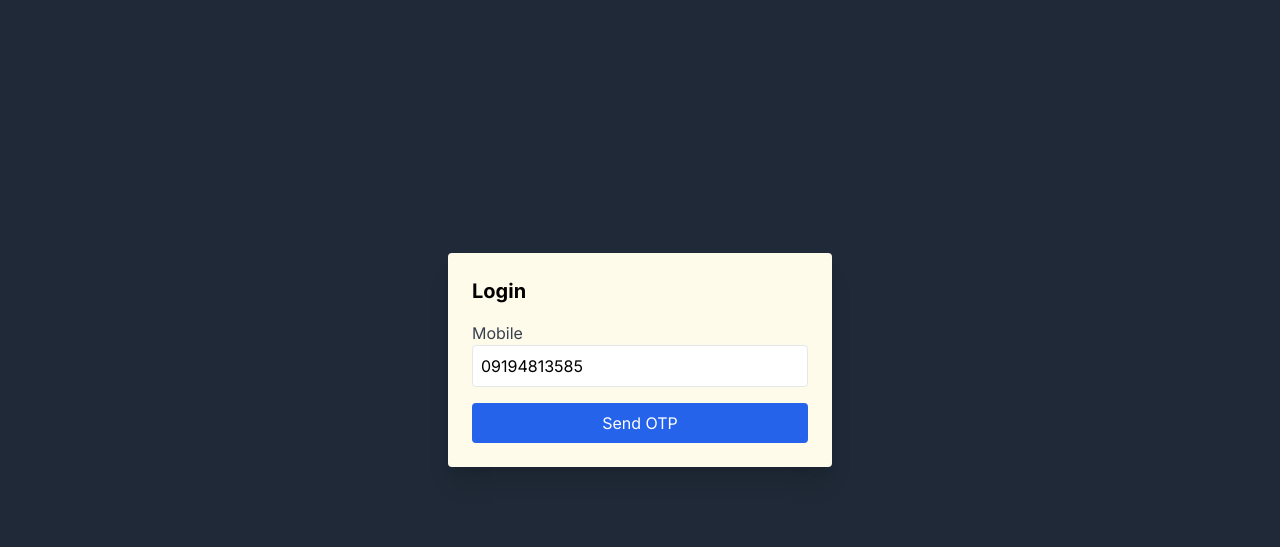
Repository: MaramMaryam/jedu
Page: /otp-login
An editor plug-in stored every save of this project. The page is shown before and after the next save, followed by the edit.
The browser window is 1280 px wide. The pictures show the whole page.
The project was rebuilt for these pictures with package versions that can differ from the ones it lists, and the page was loaded fresh each time. The framework's server and built-in components were replaced by stand-ins that run in the browser. Also part of the build but not shown: next.config.mjs.

Above is the page before, as saved 2024-09-01 13:30:27.

After the next save:
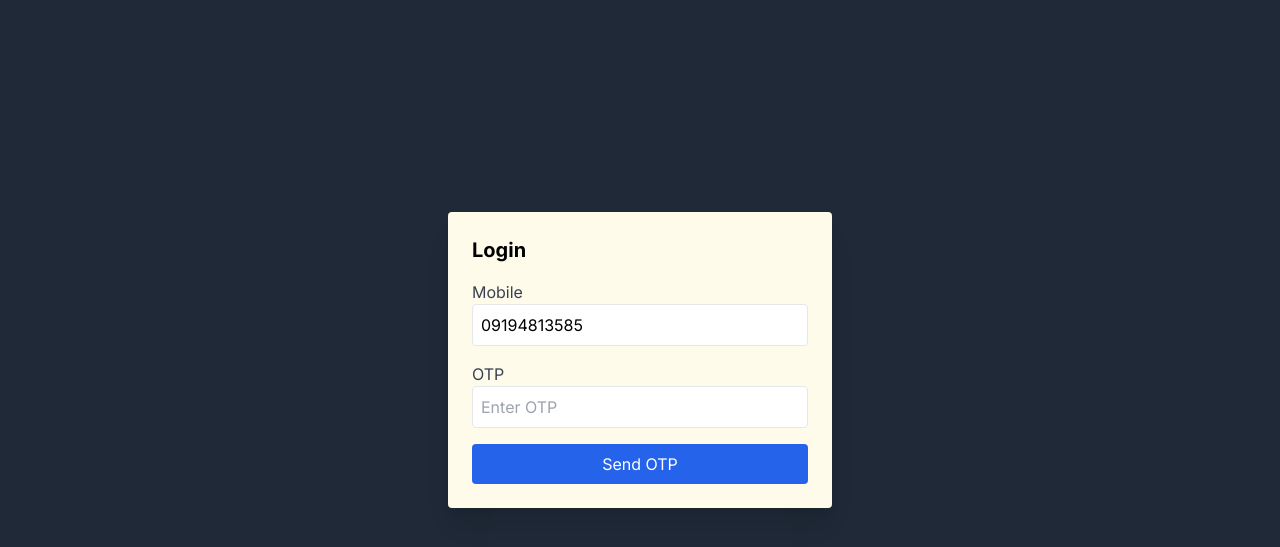
Saved 19 s later.
--- a/src/app/otp-login/page.tsx
+++ b/src/app/otp-login/page.tsx
@@ -116,7 +116,7 @@
               type="text"
               placeholder="Enter your Mobile"
             />
-            {otpSent && (
+            {!otpSent && (
               <>
                 <TextInputBox
                   label="OTP"

After the save that followed:
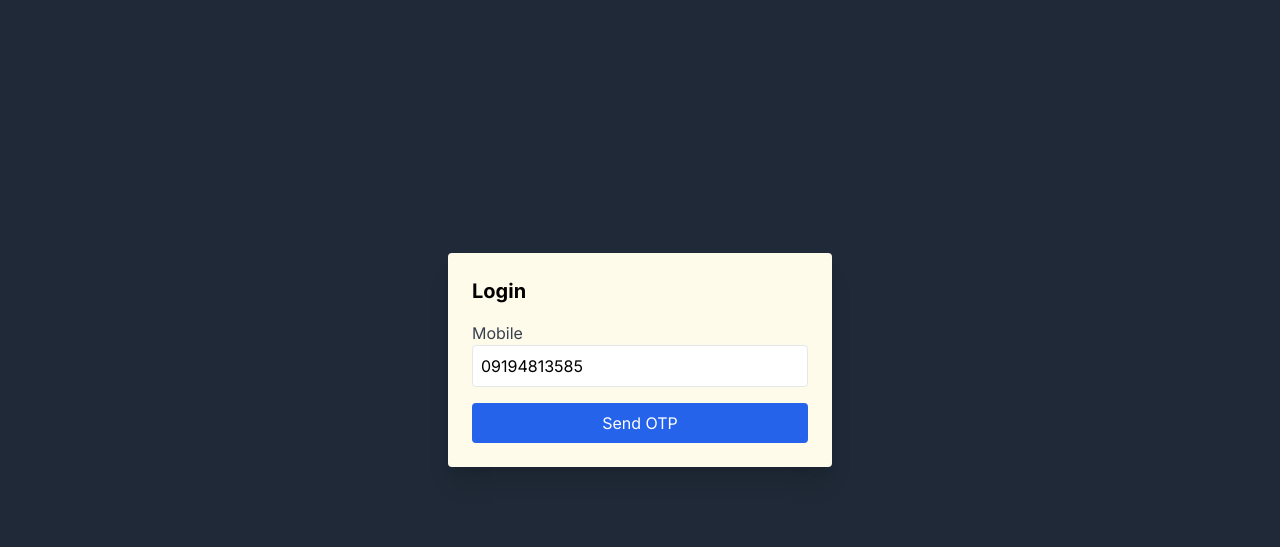
Saved 9 s later.
--- a/src/app/otp-login/page.tsx
+++ b/src/app/otp-login/page.tsx
@@ -116,7 +116,7 @@
               type="text"
               placeholder="Enter your Mobile"
             />
-            {!otpSent && (
+            {otpSent && (
               <>
                 <TextInputBox
                   label="OTP"
